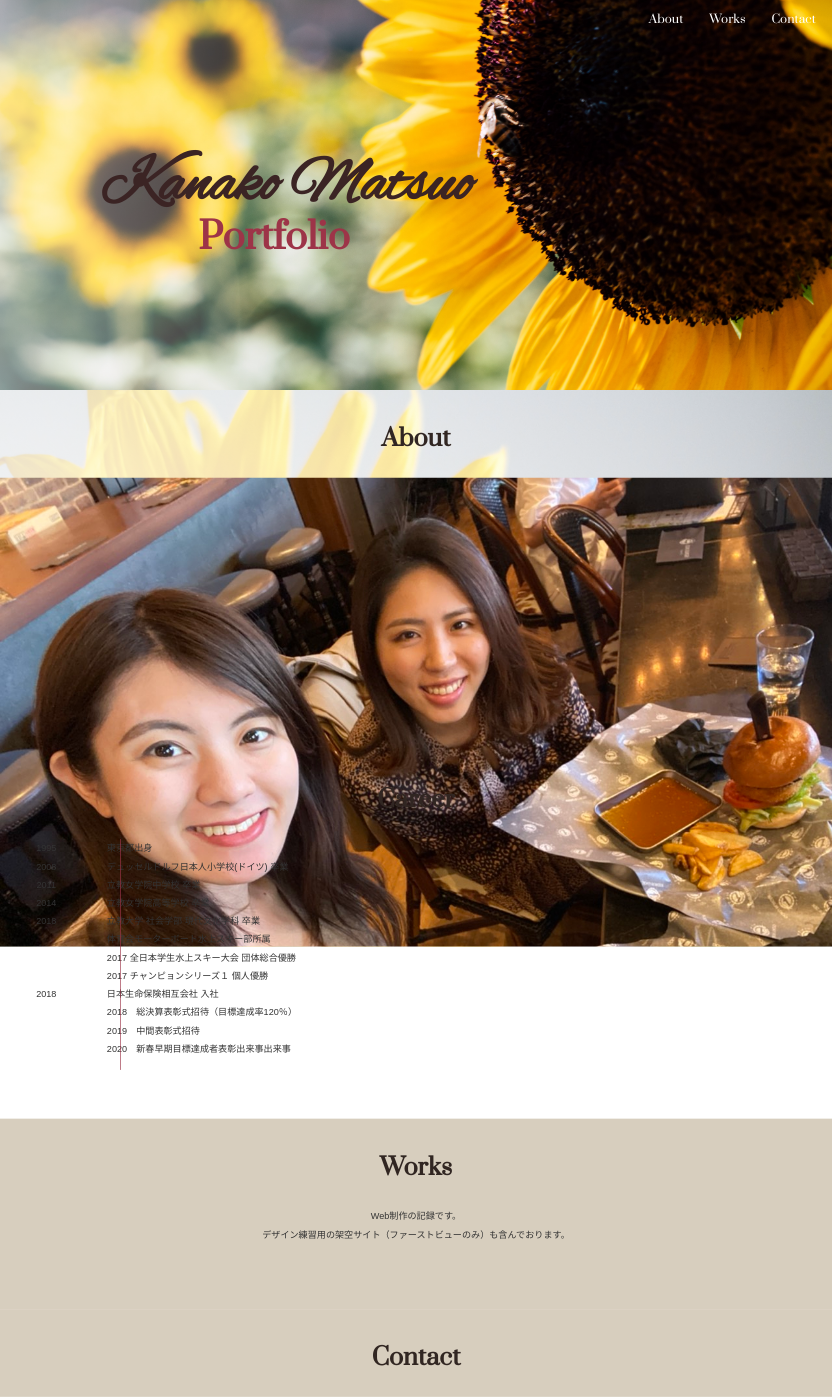
Repository: KanakoMatsuo/Portfolio
Page: Portfolio.html
The author's editor kept a record of every edit. The page is drawn from the files as they stood at one moment, then again after the next edit.
The browser window is 1280 px wide. The pictures show the whole page, at 65% of full size.

Above is the page before.

### Portfolio.html
<!DOCTYPE html>
<html lang="ja">
    <head>
        <meta charset="UTF-8">
        <title>Kanako Matsuo ポートフォリオ</title>
        <link href="https://fonts.googleapis.com/css2?family=Alex+Brush&family=Prata&display=swap" rel="stylesheet">
        <link rel="stylesheet" href="Portfolio.css">
    </head>
    <body>
        <header>
            <nav>
                <ul>
                    <li>About</li>
                    <li>Works</li>
                    <li>Contact</li>
                </ul>
            </nav>
            <h1>
                <span class="A">Kanako Matsuo</span><br>
                <span class="B">Portfolio</span>
            </h1>
        </header>
        <section class="About">
            <h2>
                About
            </h2>
            <img src="./images/image0.jpeg">
            <p>
                東京都在住、25歳です。<br>大学卒業後、日本生命で保険の営業を２年強経験しました。<br>
                多くのお客様とお会いする中で、より広く情報を届けられる人材に
                なりたいと思い、WEBサービスに興味を持ちました。<br>
                それから侍エンジニア塾で３カ月間、WEB制作とコーディングを勉強しながら転職活動を行っております。<br>
                営業職で培ったヒアリング力とお客様に寄り添った提案スキルを
                活かして、WEB制作の仕事でも顧客とのコミュニケーションを大切にし、顧客の課題解決、目標達成に貢献していきたいです。
            </p>
        </section>
        <section class="Career">
            <h2>
                Career
            </h2>
            <dt></dt>
            <dl class="history">
                <dt>1995</dt> <dd>東京都出身</dd>
                <dt>2008</dt> <dd>デュッセルドルフ日本人小学校(ドイツ) 卒業</dd>
                <dt>2011</dt> <dd>立教女学院中学校 卒業</dd>
                <dt>2014</dt> <dd>立教女学院高等学校 卒業</dd>
                <dt>2018</dt> <dd>立教大学 社会学部 現代文化学科 卒業</dd>
                <dt></dt>     <dd>体育会モーターボート水上スキー部所属</dd>
                <dt></dt>     <dd>2017 全日本学生水上スキー大会 団体総合優勝</dd>
                <dt></dt>     <dd>2017 チャンピョンシリーズ１ 個人優勝</dd>
                <dt>2018</dt> <dd>日本生命保険相互会社 入社</dd>
                <dt></dt>     <dd>2018　総決算表彰式招待（目標達成率120％）</dd>
                <dt></dt>     <dd>2019　中間表彰式招待</dd>
                <dt></dt>     <dd>2020　新春早期目標達成者表彰出来事出来事</dd>
　　　　　　</dl>
        </section>
        <section class="Works">
            <h2>
                Works
            </h2>
            <p>Web制作の記録です。<br>
               デザイン練習用の架空サイト（ファーストビューのみ）も含んでおります。
            </p>
            <ul>
                <li></li>
                <li></li>
                <li></li>
            </ul>
        </section>
        <section class="Works">
            <h2>
                Contact
            </h2>
        </section>
    </body>
</html>

### Portfolio.css
@charset "utf-8";

body {
	margin: 0;
	padding: 0;
	font-family: "ヒラギノ角ゴ Pro W3", "Hiragino Kaku Gothic Pro", "メイリオ", Meiryo, Osaka, "ＭＳ Ｐゴシック", "MS PGothic", sans-serif;
	color: #333;
	font-size: 13px;
	line-height: 150%;
	background: #fff;
}

section {
  overflow: hidden;
}

header {
  background:
   linear-gradient(90deg, rgba(255,255,255,0.5), rgba(255,255,255, 0.001) 50%, rgba(255,255,255,0)) center/cover no-repeat,
   url("./images/richard-rivas-hyWiznXNF1A-unsplash.jpg") center/cover no-repeat;
  height: 600px;
  overflow: hidden;
}

header ul {
  display: flex;
  justify-content: flex-end;
}

header li {
  color: #ffffff;
  font-size: 18px;
  list-style: none;
  /*font-family: 'Alex Brush', cursive;*/
  font-family: 'Prata', serif;
  margin-right: 40px;
  line-height:35px;
}

header li:last-child {
  margin-right: 25px;
}

header h1 {
  text-align: center;
  position: absolute;
  top: 50%;
  width: 100%;
  left: 50%;
  transform: translate(-50%, -50%);
}

.A {
  line-height: 60px;
  color:#3b2424;
  font-size:56px;
  font-family:'Alex Brush';
  justify-content:center;
}

.B {
  line-height: 36px;
  color:#9d3448;
  font-size:32px;
  font-family:'Prata', serif;
}

h2 {
  color: #312622;
  font-size:22px;
  font-family: 'Prata', serif;
  text-align:center;
  padding-top:15px;
}

h3 {
  color: #312622;
  font-size:20px;
  font-family: 'Prata', serif;
  text-align:center;
  padding-top:15px;
  padding-bottom:15px;
}

p {
  font-size:12px;
  padding:30px;
}

.myphoto {
 width:50%;
 height:50%;
 display:block;
 margin:auto;
}

.About {
  /*background:url("./images/background.jpg") center/cover no-repeat;*/
  /*background:url("./images/background.jpg") center/cover no-repeat;*/
  background:
    linear-gradient(45deg, rgba(255,255,255,1), rgba(255,255,255, 0.3)) center/cover no-repeat,
    url("./images/background.jpg") center/cover no-repeat;
  height: 856px;
  overflow: hidden;
}
.About p{
  background:#9d3448;
  background: rgba(152,52, 72, 0.15);
  padding-top:120px;
  margin-top:-100px;
}
.waterski {
 width:70%;
 height:70%;
 display:block;
 margin:auto;
}

.Career {
  background: transparent;
    margin-top: -300px;
    margin-bottom: 75px;
}
.history {
  display: flex;
  flex-wrap: wrap;
  margin:0 8px;
  position: relative;
}

.history dt {
  width: 10%;
  text-align: center;
  font-size:11px;
}

.history dd {
  width: calc(90% - 40px);
  text-align: left;
  margin : 0;
  margin-left: 30px;
  font-size:11px;
}

.history dd.indent1 {
  width: calc(90% - 60px);
  margin-left: 60px;
}

.history:before {
 top: 0;
 bottom: 0;
 left: 15%;
 position: absolute;
 display: block;
 content: "";
 border-left: 1px solid black;
 border-color:#9d3448;
}

section.about .career .history dt {
  width: 30%;
  min-height: 24px;
}
section.about .career .history dd {
  margin: 0;
  width: 70%;
}

.Works{
  background:#d7cebe;
}
.Works p{
  width:80%;
  padding: 10px 30px;
}

.Works ul {
  display:flex;
  flex-wrap:wrap;
  justify-content:space-between;
  width:90%;
  margin-left: -20px;
}
.Works li{
  width:calc(100% / 2 - 10px);
  display:block;
}

.box {
  width: 100%;
}
.img-box {
        width: 100%;
        padding-top: 70%;
        position: relative;
}
.Works img {
    width: 100%;
    height: 100%;
    object-fit: cover;
    position: absolute;
    top: 0;
}
.Works ul li div p {
  top: 60%;
  font-size:10px;
  text-align:center;
  padding:0px;
 }

.Contact{
  background: linear-gradient(rgba(0,0,0,0.5), rgba(0,0,0,0.5)), url("./images/brianne-reed-5fKVGNg4QaM-unsplash.jpg")center/cover no-repeat;
  height: 638px;
  overflow: hidden;
}

.Contact h2{
  color:#ffffff;
}

h4 {
  color: #312622;
  font-size:12px;
  font-family: 'Prata', serif;
  text-align:center;
  line-height: 36px;
}

form {
  text-align:center;
  font-family: 'Prata', serif;
  color:#ffffff;
  font-size:15px;
}

form ul {
  list-style: none;
  width:77%;
  max-width:300px;
  height:50px;
  margin: 0 auto;
  padding-inline-start: 0;
  display:block;
}

label{
  width:100%;
  line-height:35px;
}
input, textarea{
  box-sizing: border-box;
  width:100%;
  height:35px;
  padding-left:15px;
  font-size:13px;
}
textarea{
  height:200px;
  padding-top:10px;
}

form ul li {
  margin-bottom:30px;
  width:100%;
  text-align:left;
}
button{
  display:block;
  width: 74px;
  height: 40px;
  font-size:14px;
  font-family: 'Prata', serif;
  color:black;
  text-align:center;
  margin:10px auto;
}
.Copyright{
  background:#d1b38d;
}

/* -------------------- wrapper -------------------- */
#wrapper {
    width: 100%;
    margin: auto;
    padding: 0px;
    border: 0px;
    background-color: #FFF;
    top: 10px;
}

@media screen and (min-width:979px) {
  li{
    font-size:30px;
    line-height:40px;
  }
  header{
    position:relative;
  }
  .A{
    font-size:96px;
    position:absolute;
    top: -50px;
    left: 155px;
  }
  .B{
    font-size: 56px;
    position: absolute;
    top: 40px;
    left: 305px;
  }
  h2{
    font-size:36px;
    line-height:60px;
  }
  h3{
    font-size:22px;
    line-height:44px;
    text-align:left;
      margin:0 20%;
  }
  p{
    font-size:14px;
    line-height:29px;
  }
  .myphoto {
  width:295px;
  height:325px;
  }
  .About div{
    display:flex;
    margin:0 20%;
  }
  .About p {
   padding-top: 40px;
    margin-top: 60px;
    margin-bottom: -60px;
    padding-left: 166px;
    margin-left: -145px;
  }
  .Career div{
    display:flex;
    margin:0 20%;
    margin-bottom: 50px;
  }

  .history dt,.history dd {
    font-size: 14px;
    line-height: 28px;
  }

  .history:before {
  margin-left: -1%;
  }
  .waterski {
  width:295px;
  height:205px;
  margin-left: -15px;
  }
  .Works p{
  text-align: center;
  width:100%;
  padding:0;
  }
  .Works ul{
    max-width:1100px;
    margin:50px auto;
    padding-inline-start:0;
  }
  .Works li{
    width:calc(100% / 3 - 20px);
  }
  .yoga{
    height: 246px;
  }
  .Contact{
    height:820PX;
  }
  form ul li{
  font-size:22px;
  }
  }

After the next edit:
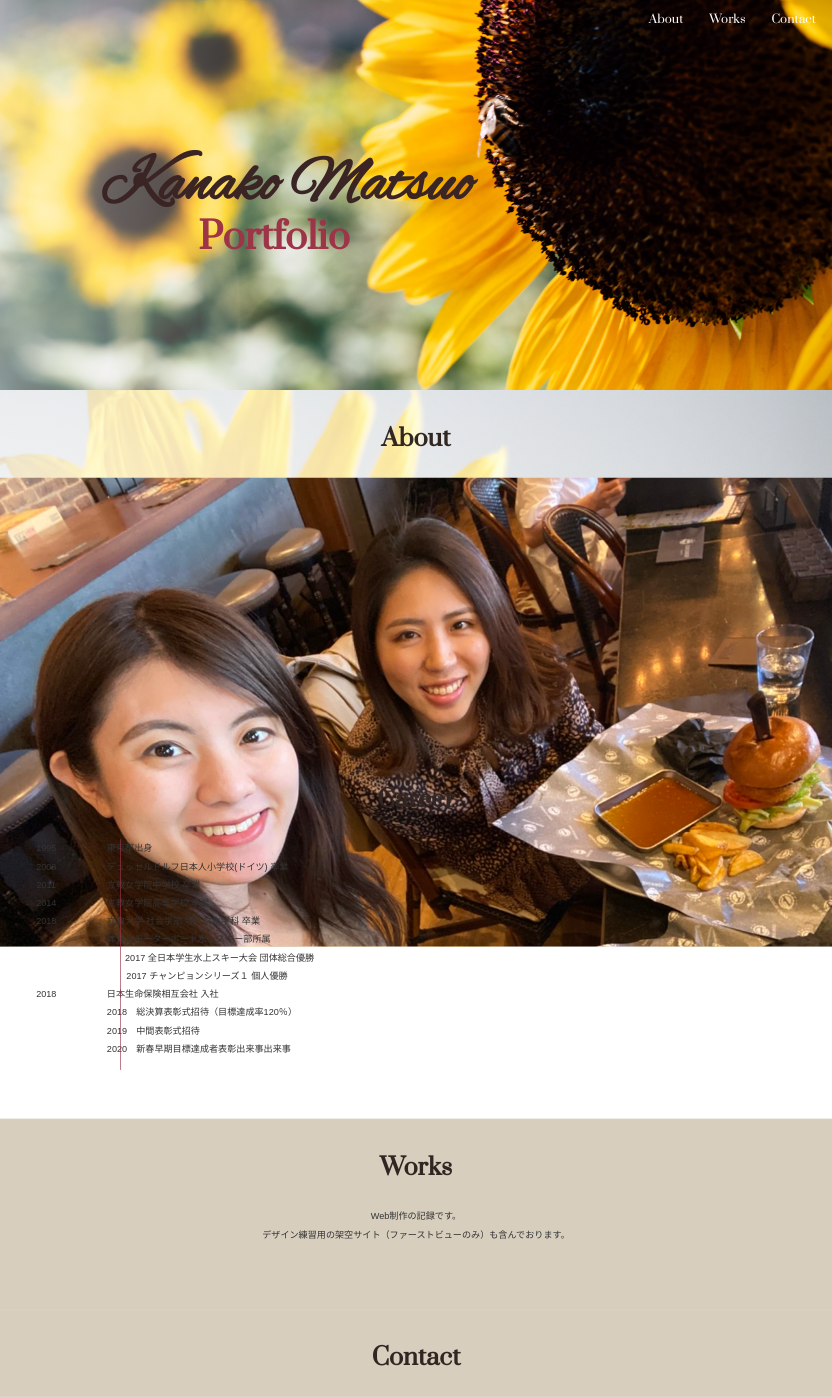
The edit:
--- a/Portfolio.html
+++ b/Portfolio.html
@@ -46,8 +46,8 @@
                 <dt>2014</dt> <dd>立教女学院高等学校 卒業</dd>
                 <dt>2018</dt> <dd>立教大学 社会学部 現代文化学科 卒業</dd>
                 <dt></dt>     <dd>体育会モーターボート水上スキー部所属</dd>
-                <dt></dt>     <dd>2017 全日本学生水上スキー大会 団体総合優勝</dd>
-                <dt></dt>     <dd>2017 チャンピョンシリーズ１ 個人優勝</dd>
+                <dt></dt>     <dd>　　2017 全日本学生水上スキー大会 団体総合優勝</dd>
+                <dt></dt>     <dd class="indent1" >2017 チャンピョンシリーズ１ 個人優勝</dd>
                 <dt>2018</dt> <dd>日本生命保険相互会社 入社</dd>
                 <dt></dt>     <dd>2018　総決算表彰式招待（目標達成率120％）</dd>
                 <dt></dt>     <dd>2019　中間表彰式招待</dd>
